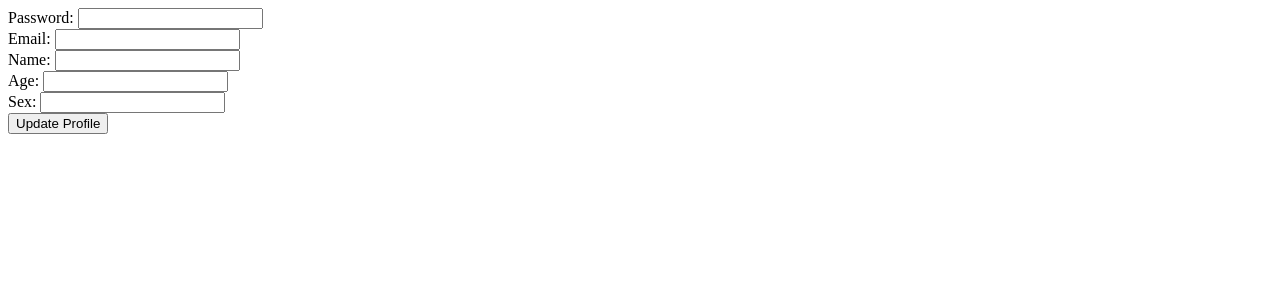
Repository: LifeIsRightward/WebServer
Page: http://localhost/JSPBook/Project/profile.jsp
The author's editor kept a copy of each file at every save. The page is drawn from the files as they stood at one save, then again after the next save.
The browser window is 1280 px wide. The pictures show the whole page.
The page is served by Tomcat 9.

Above is the page before, as saved 2024-06-06 16:32:23.

After the next save:
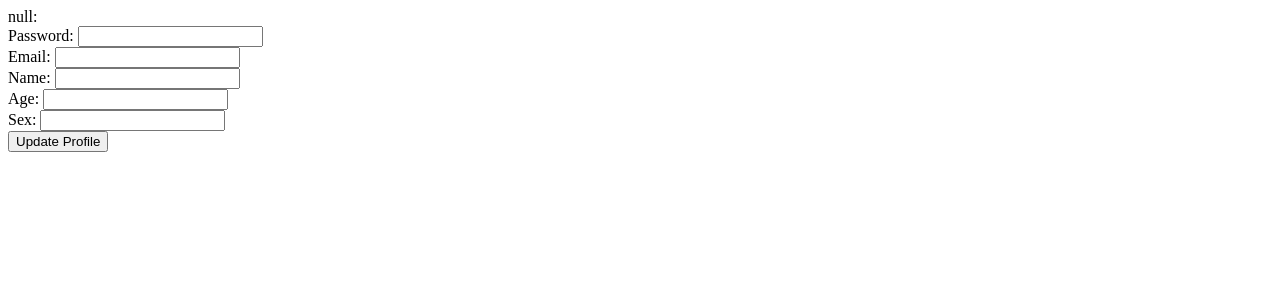
Saved 2 min 40 s later.
--- a/JSPBook/src/main/webapp/Project/profile.jsp
+++ b/JSPBook/src/main/webapp/Project/profile.jsp
@@ -33,8 +33,7 @@
 	%>
 
 	<form method="post" action="profileprocess.jsp">
-        <input type="hidden" name="id" value="<%= uid %>">
-        <input type="hidden" name="action" value="update">
+        <label for="id"><%= uid %>:</label>
         <div>
             <label for="password">Password:</label>
             <input type="password" name="password" value="<%= pw %>">
